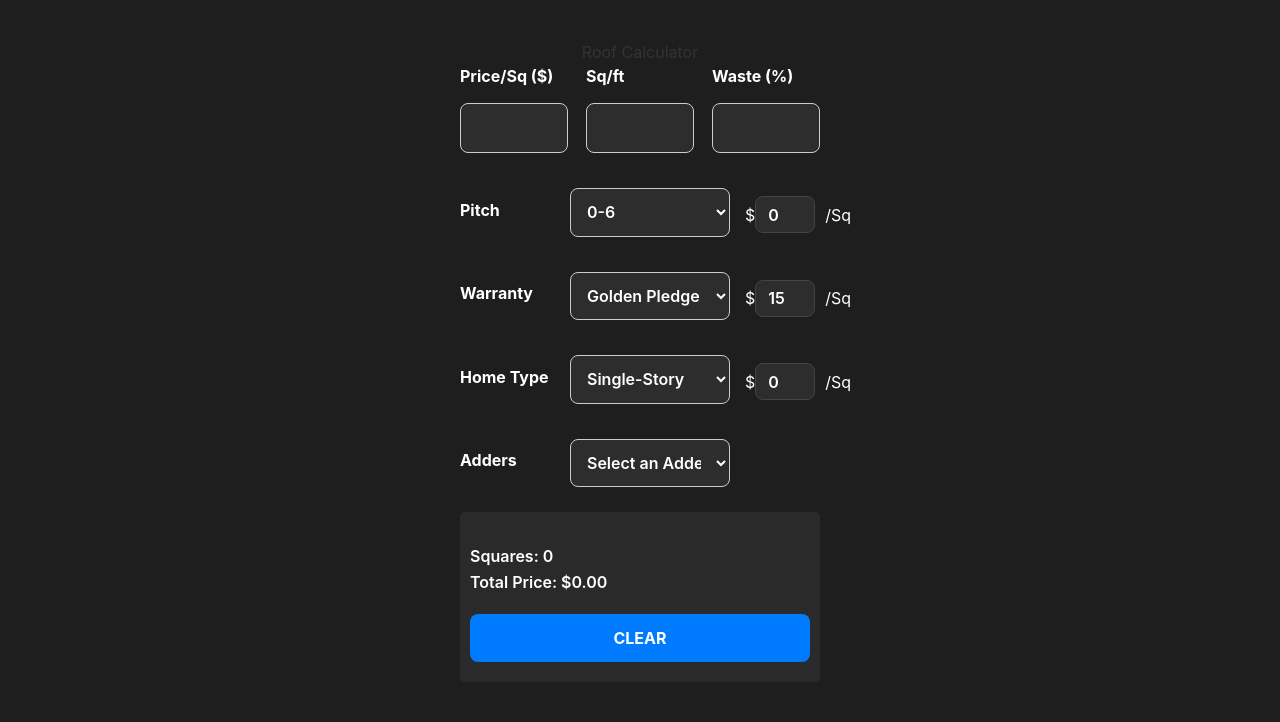
Repository: Tripp-L/roof-calc-app
Page: /
The author's editor kept a copy of each file at every save. The page is drawn from the files as they stood at one save, then again after the next save.
The browser window is 1280 px wide. The pictures show the whole page.
The project was rebuilt for these pictures with package versions that can differ from the ones it lists, and the page was loaded fresh each time.

Above is the page before, as saved 2024-10-19 00:26:19.

After the next save:
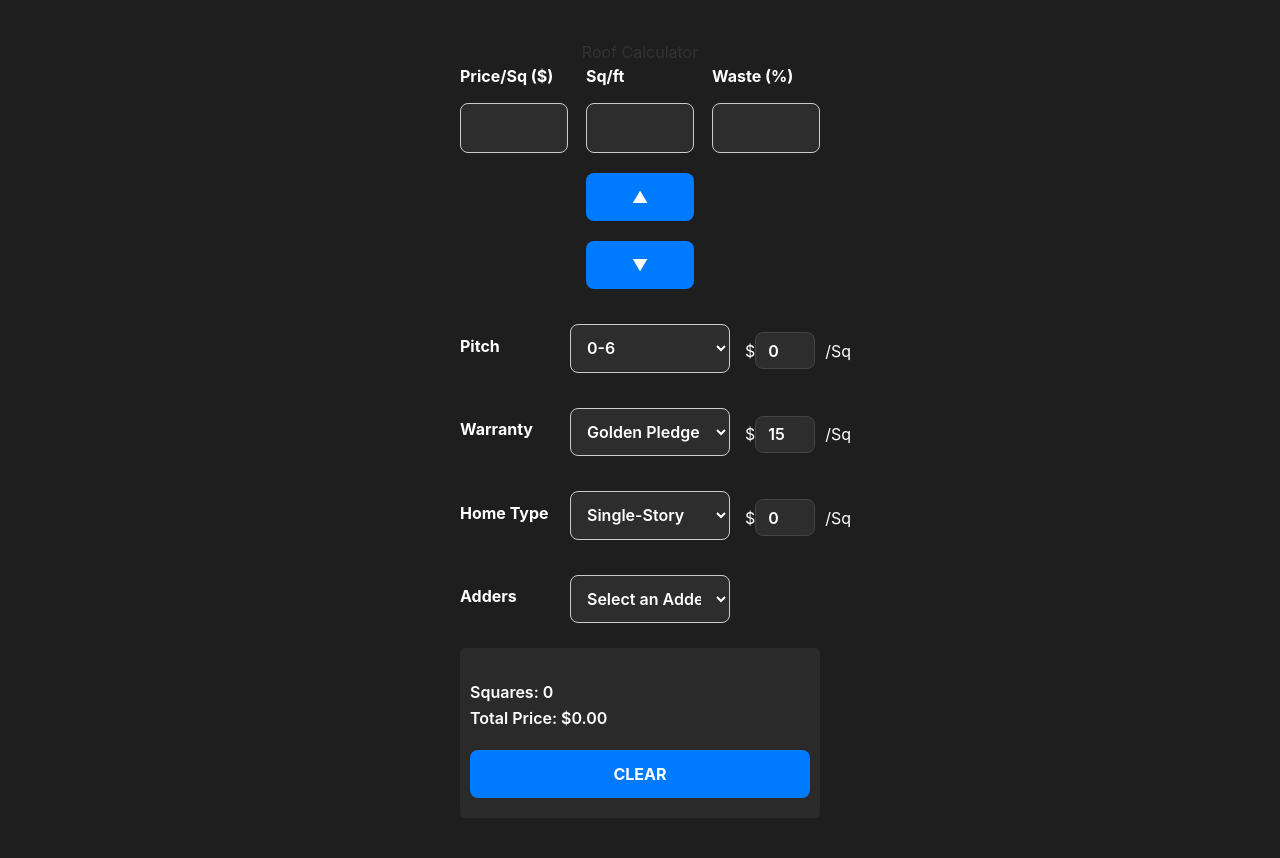
Saved 4 min 2 s later.
--- a/src/RoofCalculator.js
+++ b/src/RoofCalculator.js
@@ -158,6 +158,16 @@ const RoofCalculator = () => {
     calculateTotal();
   };
 
+  // Add this new function to handle increment/decrement
+  const handleSqFtAdjust = (increment) => {
+    let value = parseInt(sqFt) || 0;
+    value += increment;
+    if (value < 100) value = 100;
+    if (value > 100000) value = 100000;
+    setSqFt(value.toString());
+    calculateTotal();
+  };
+
   const handleWasteChange = (e) => {
     const value = e.target.value;
     if (value === '' || !isNaN(value)) {
@@ -348,12 +358,20 @@ const RoofCalculator = () => {
 
         <div className="horizontal-input-group">
           <label>Sq/ft</label>
-          <input
-            type="text"
-            value={sqFt}
-            onChange={handleSqFtChange}
-            onBlur={handleSqFtBlur}
-          />
+          <div className="number-input-wrapper">
+            <input
+              type="number"
+              value={sqFt}
+              onChange={handleSqFtChange}
+              onBlur={handleSqFtBlur}
+              min="100"
+              max="100000"
+            />
+            <div className="number-input-buttons">
+              <button type="button" onClick={() => handleSqFtAdjust(1)}>▲</button>
+              <button type="button" onClick={() => handleSqFtAdjust(-1)}>▼</button>
+            </div>
+          </div>
         </div>
 
         <div className="horizontal-input-group">

After the save that followed:
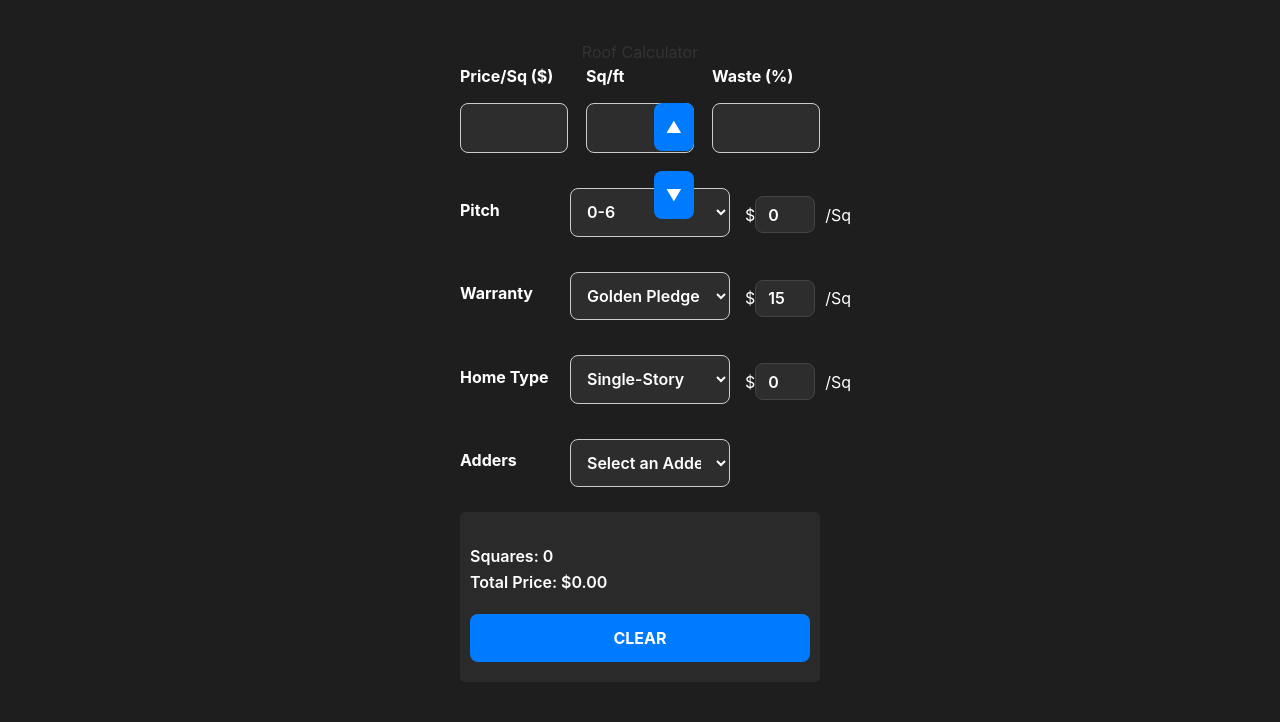
Saved 92 s later.
--- a/src/RoofCalculator.css
+++ b/src/RoofCalculator.css
@@ -425,3 +425,41 @@ h1 {
 .input-group:last-of-type select {
   grid-column: 2 / -1;
 }
+
+.number-input-wrapper {
+  position: relative;
+  display: inline-block;
+}
+
+.number-input-wrapper input[type="number"] {
+  -moz-appearance: textfield;
+}
+
+.number-input-wrapper input[type="number"]::-webkit-outer-spin-button,
+.number-input-wrapper input[type="number"]::-webkit-inner-spin-button {
+  -webkit-appearance: none;
+  margin: 0;
+}
+
+.number-input-buttons {
+  position: absolute;
+  right: 0;
+  top: 0;
+  bottom: 0;
+  display: flex;
+  flex-direction: column;
+}
+
+.number-input-buttons button {
+  flex: 1;
+  width: 20px;
+  padding: 0;
+  font-size: 10px;
+  background-color: #f0f0f0;
+  border: 1px solid #ccc;
+  cursor: pointer;
+}
+
+.number-input-buttons button:hover {
+  background-color: #e0e0e0;
+}
